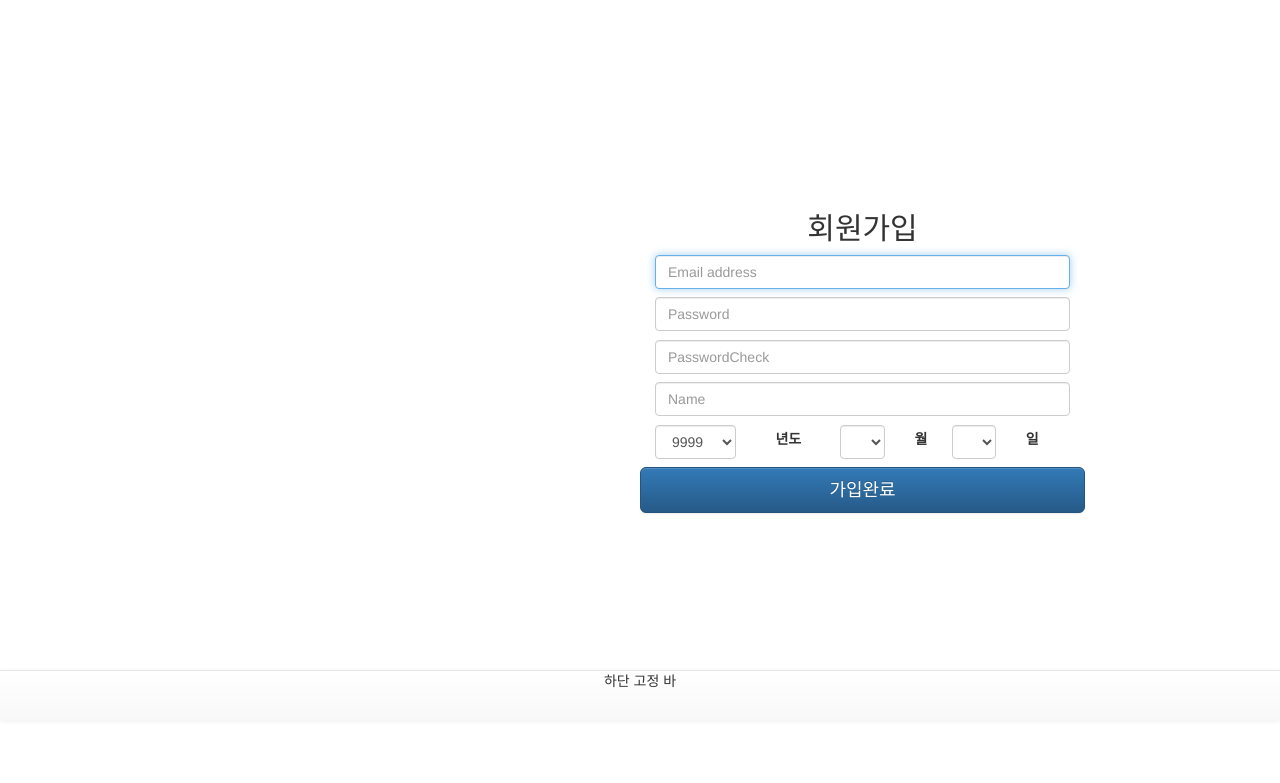
Repository: hrhwbp/Acorn-Final-Project
Page: http://localhost/final_project/index.jsp
These files come from the project's save history. The page is drawn as it stood at one moment and after the next save; the edit follows.
The browser window is 1280 px wide. The pictures show the whole page.
Some web libraries are served in a nearby version. The page is served by Tomcat 9. Nobody is signed in. The application's start-up code is not run.

Above is the page before, as saved 2016-10-26 07:04:14.

After the next save:
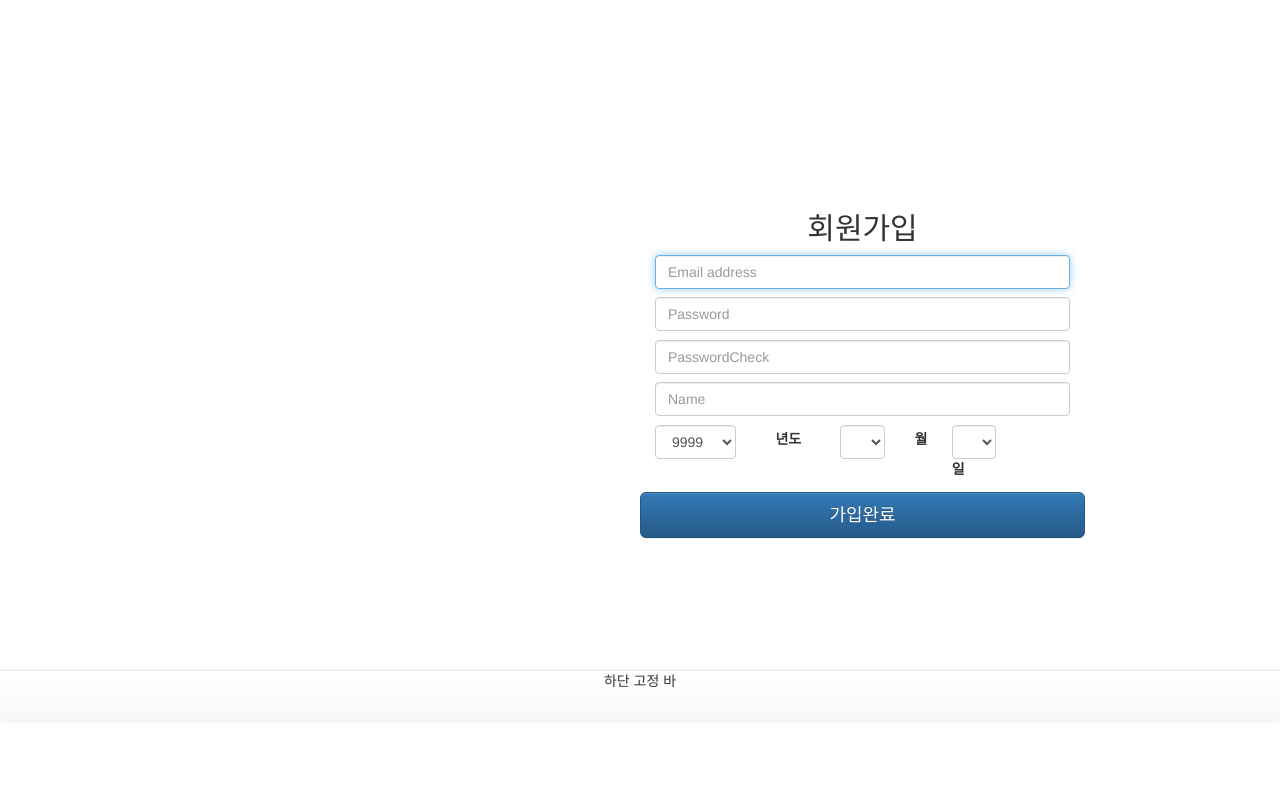
Saved 54 s later.
--- a/final_project/src/main/webapp/index.jsp
+++ b/final_project/src/main/webapp/index.jsp
@@ -113,9 +113,9 @@
 							<option>4</option>
 							<option>10</option>
 						</select>
+						<label class="">일</label>
 					</div>
 					<div class="col-md-1 lbl_pd text-center">
-						<label class="">일</label>
 					</div>
 					</div>
 					<div class="row top_pd">
